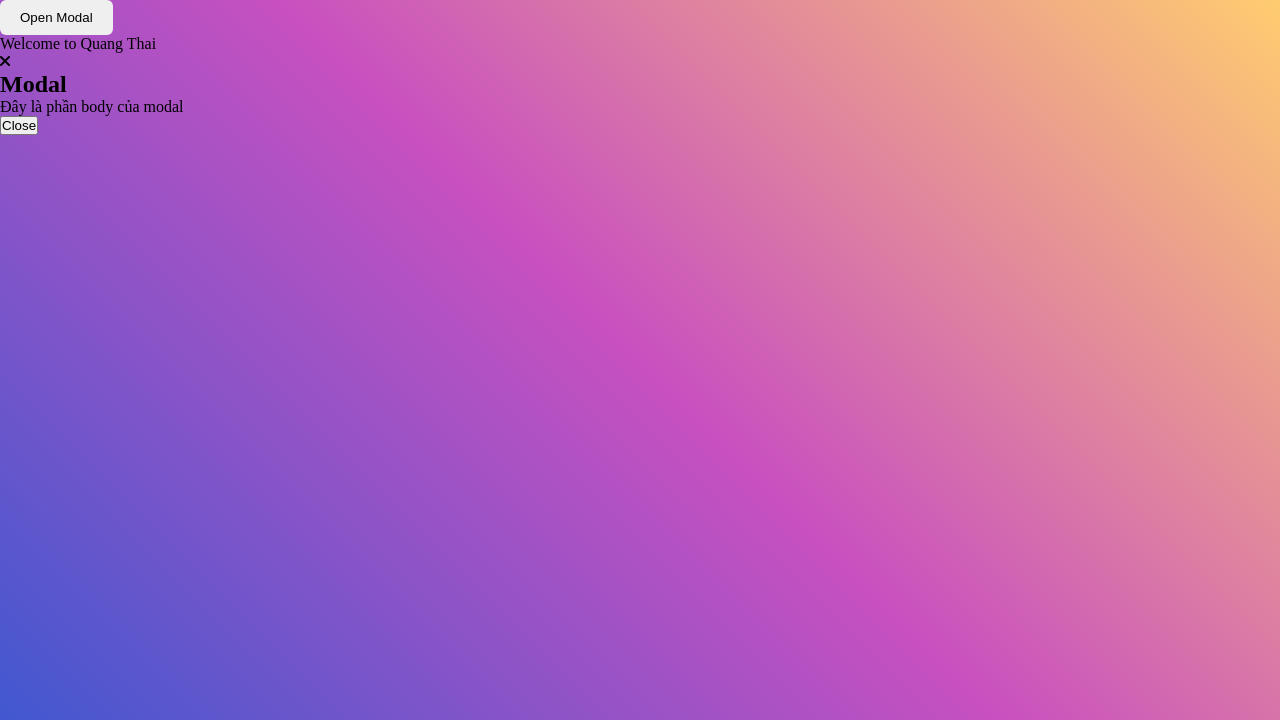
Repository: QUANGTHAI2003/modal
Page: index.html
The author's editor kept a copy of each file at every save. The page is drawn from the files as they stood at one save, then again after the next save.
The browser window is 1280 px wide. The pictures show the whole page.

Above is the page before, as saved 2022-02-28 21:34:05.

After the next save:
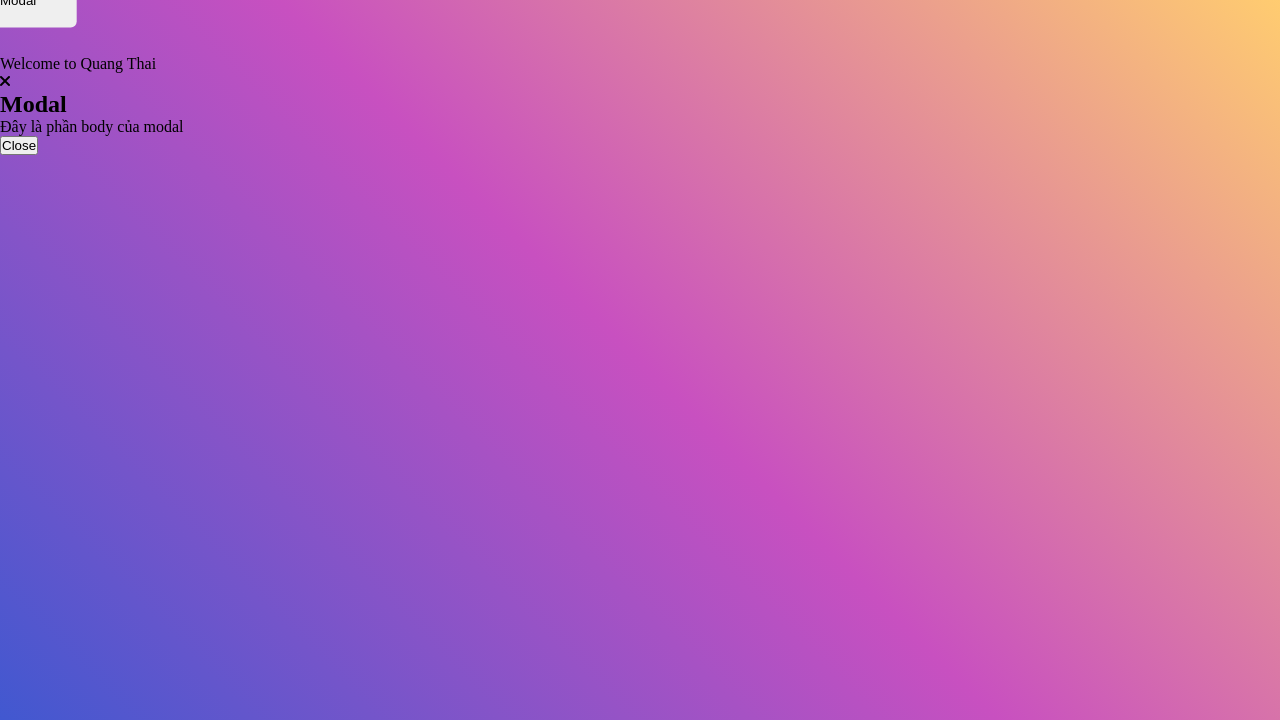
Saved 61 s later.
--- a/style.css
+++ b/style.css
@@ -16,8 +16,13 @@ body {
 }
 
 .open-modal-btn {
-    padding: 10px 20px;
+    padding: 20px 40px;
     border: none;
     outline: none;
     border-radius: 6px;
+    display: inline-block;
+    position: relative;
+    top: 50%
+    left: 50%;
+    transform: translate(-50%, -50%);
 }
